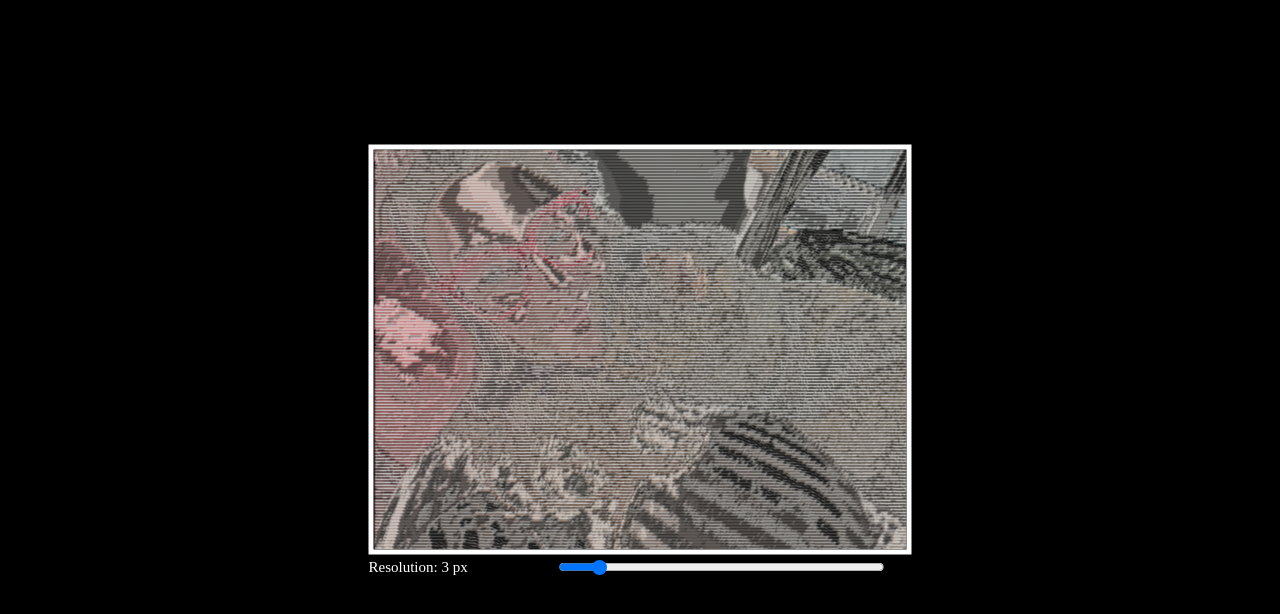
Repository: rosieomusic/ascii-art
Page: index.html
These files come from the project's save history. The page is drawn as it stood at one moment and after the next save; the edit follows.
The browser window is 1280 px wide. The pictures show the whole page.

Above is the page before, as saved 2025-04-16 17:51:10.

After the next save:
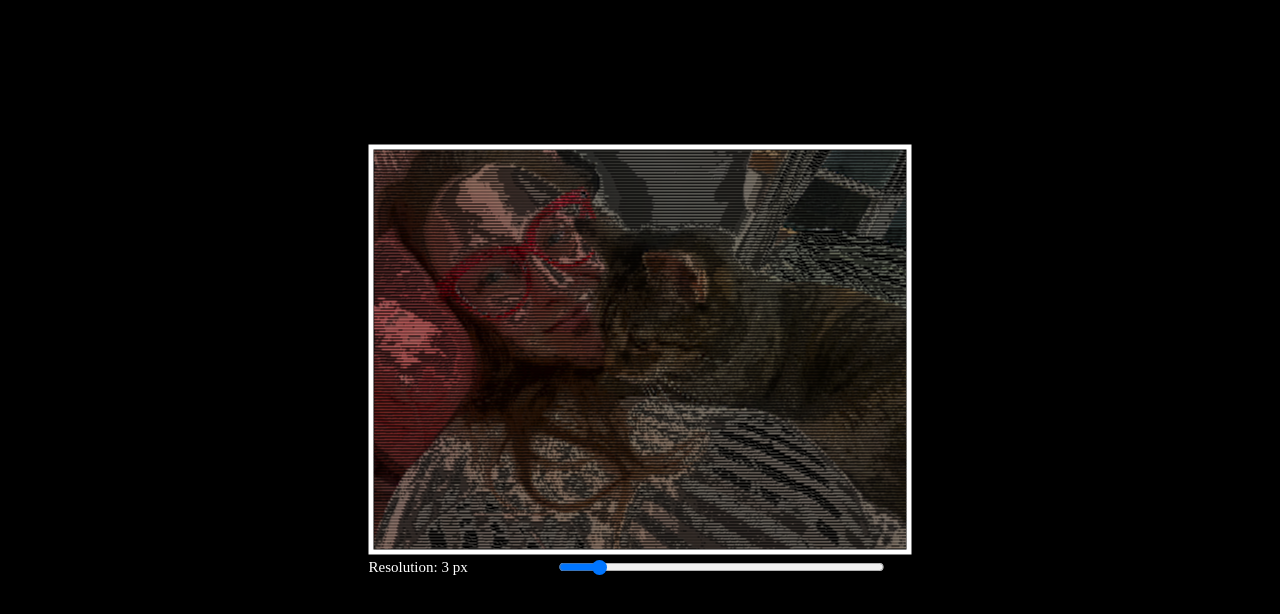
Saved 24 s later.
--- a/script.js
+++ b/script.js
@@ -17,8 +17,8 @@
 	}
 	draw(ctx) {
 		ctx.font = `${this.size * 1.3}px 'Courier New'`;
-		ctx.fillStyle = 'white';
-		ctx.fillText(this.symbol, this.x + 1, this.y + 1, +this.size);
+		//ctx.fillStyle = 'white';
+		//ctx.fillText(this.symbol, this.x + 1, this.y + 1, +this.size);
 
 		ctx.fillStyle = this.color;
 		ctx.fillText(this.symbol, this.x, this.y + this.size);

After the 3 saves that followed:
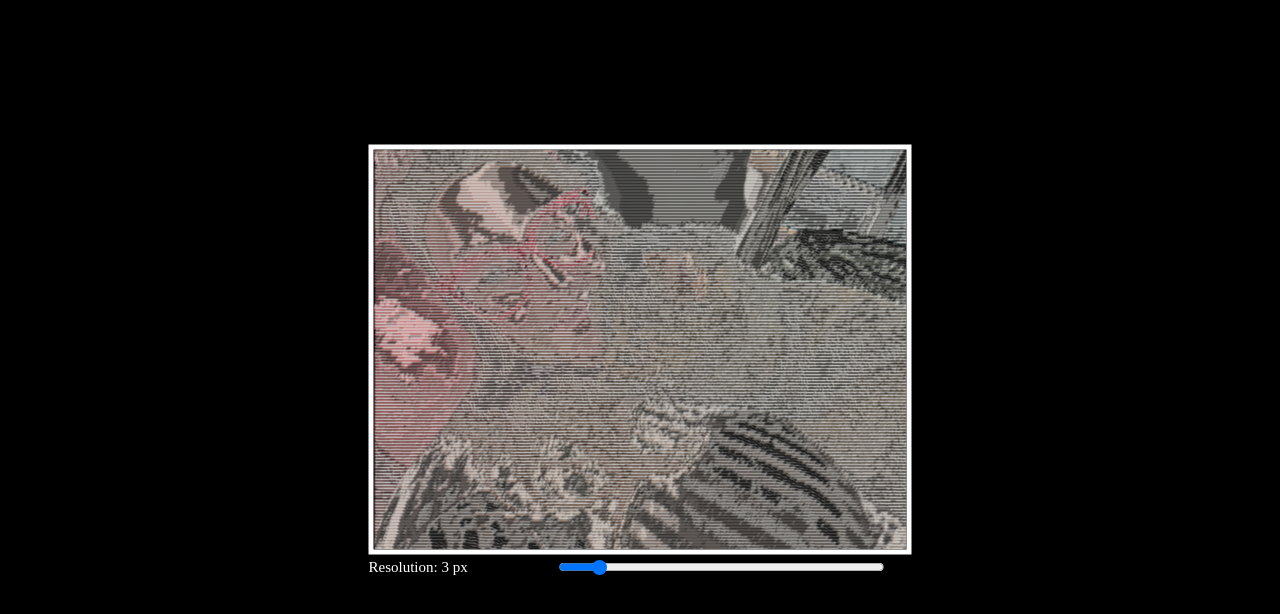
The 3 saves are shown as one change because 2 left the picture as it was.
The last was saved 14 min 28 s later.
--- a/script.js
+++ b/script.js
@@ -17,8 +17,8 @@
 	}
 	draw(ctx) {
 		ctx.font = `${this.size * 1.3}px 'Courier New'`;
-		//ctx.fillStyle = 'white';
-		//ctx.fillText(this.symbol, this.x + 1, this.y + 1, +this.size);
+		ctx.fillStyle = 'white';
+		ctx.fillText(this.symbol, this.x + 1, this.y + 1, +this.size);
 
 		ctx.fillStyle = this.color;
 		ctx.fillText(this.symbol, this.x, this.y + this.size);
@@ -86,7 +86,7 @@
 		ctx.drawImage(image1, 0, 0, canvas.width, canvas.height);
 	} else {
 		inputLabel.innerHTML = 'Resolution: ' + inputSlider.value + ' px';
-		ctx.font = parseInt(inputSlider.value * 2) + 'px Courier New';
+		ctx.font = parseInt(inputSlider.value) * 2 + 'px Courier New';
 		effect.draw(parseInt(inputSlider.value));
 	}
 }
